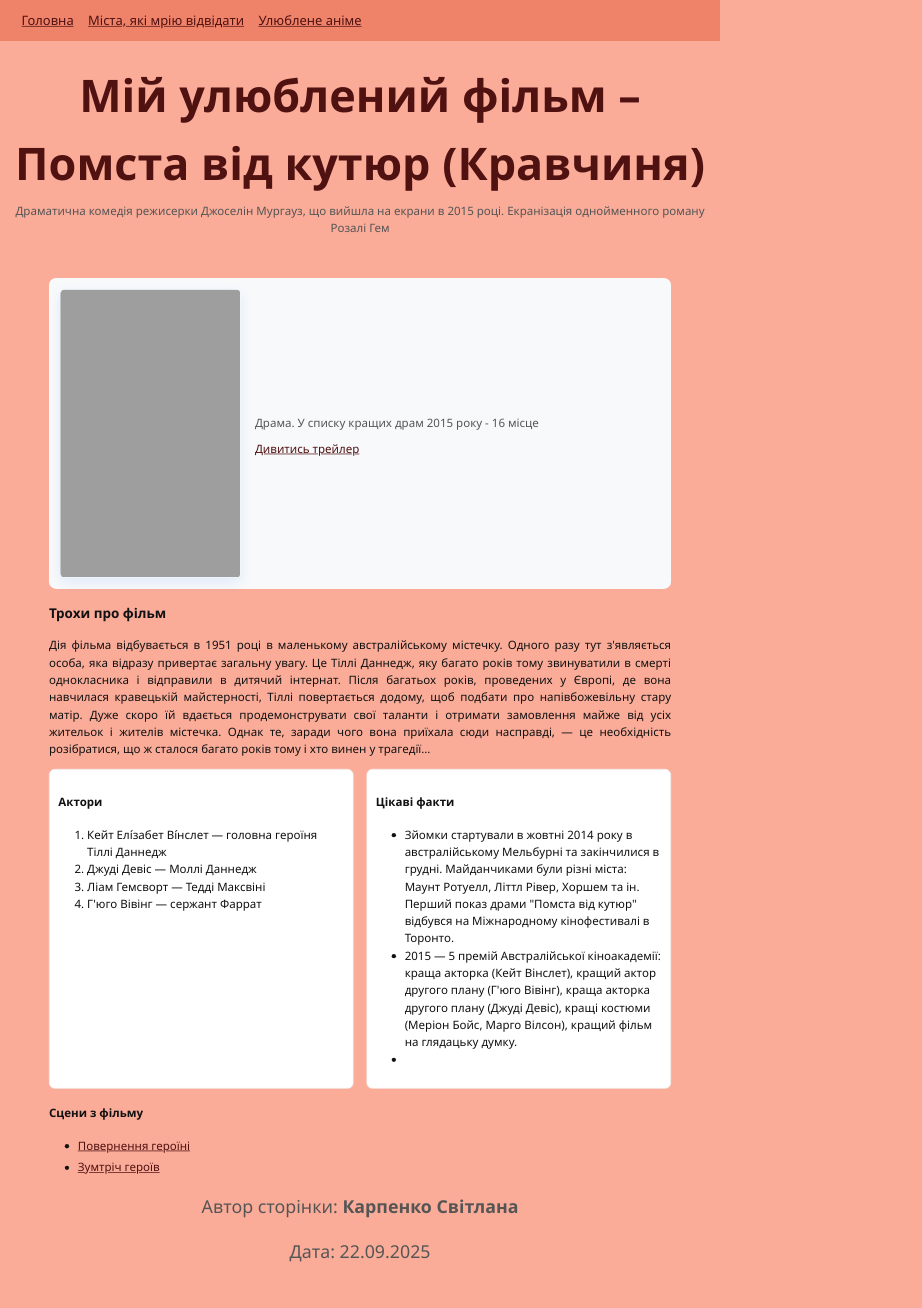
Repository: alexandrastarovoyda-star/homework_info
Page: Mainpr/pr5/html/anime.html
These files come from the project's save history. The page is drawn as it stood at one moment and after the next save; the edit follows.
The browser window is 1280 px wide. The pictures show the whole page, at 72% of full size.
Pictures or frames that could not be fetched are drawn as grey boxes.

Above is the page before, as saved 2026-04-01 14:17:17.

After the next save:
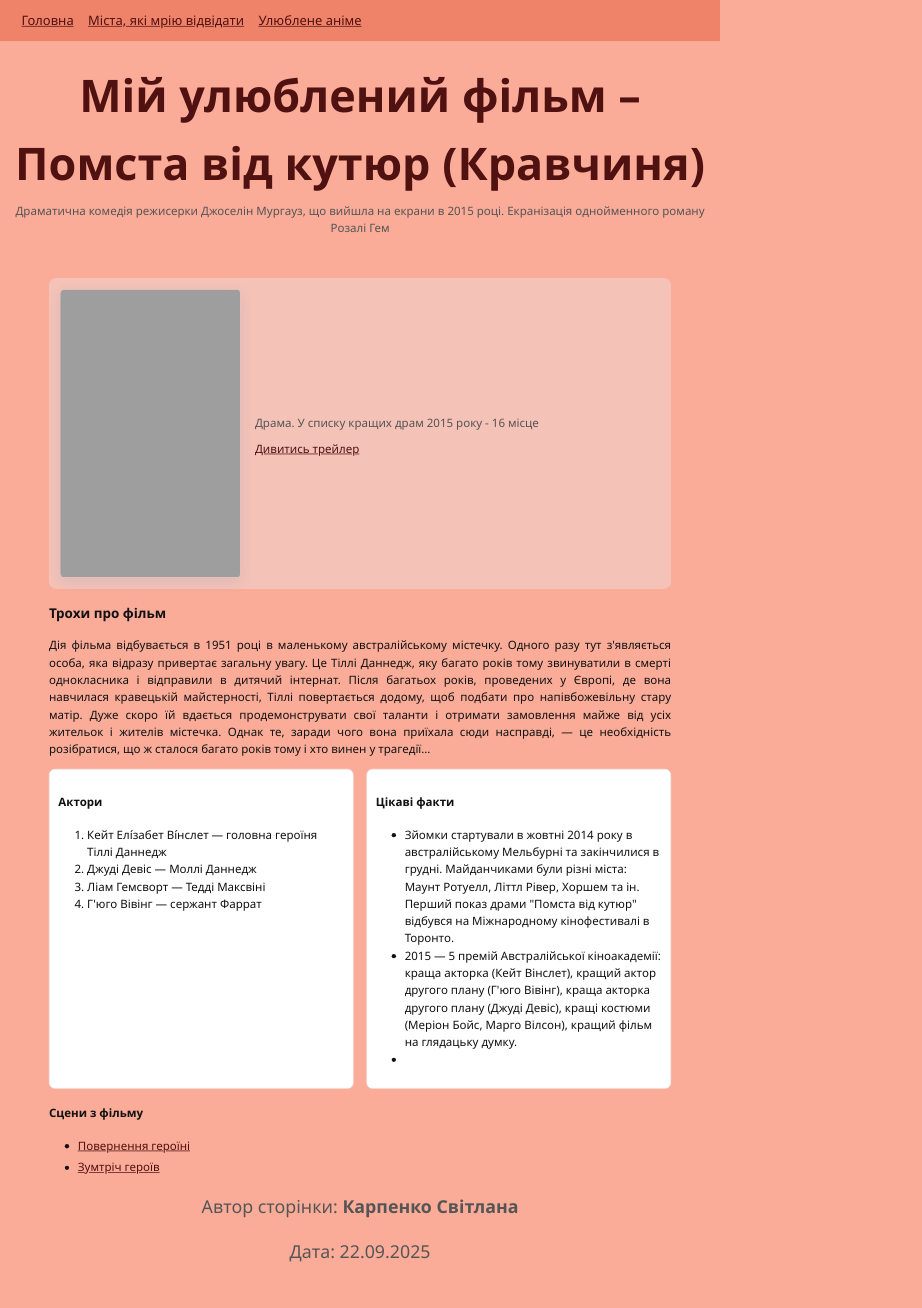
Saved 22 s later.
--- a/Mainpr/pr5/css/anime.css
+++ b/Mainpr/pr5/css/anime.css
@@ -4,7 +4,7 @@
   --accent:rgb(80, 17, 17);;
   --text:#111;
   --muted:#555;
-  --card:#f8f9fb;
+  --card:rgba(245, 197, 185, 0.911);
   --maxw:900px;
   --radius:10px;
   font-size:26px;
